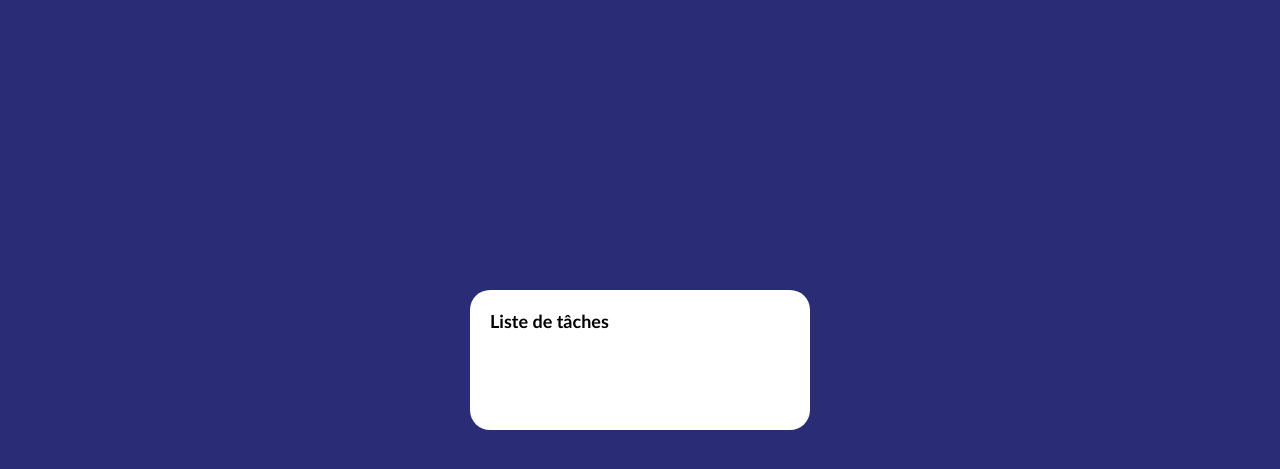
Repository: ndiemenguer/convertisseur
Page: / (app in todo-isep/)
These files come from the project's save history. The page is drawn as it stood at one moment and after the next save; the edit follows.
The browser window is 1280 px wide. The pictures show the whole page.
The project was rebuilt for these pictures with package versions that can differ from the ones it lists, and the page was loaded fresh each time. Also part of the build but not shown: todo-isep/vite.config.js, todo-isep/src/Application.jsx, todo-isep/src/index.css.

Above is the page before, as saved 2023-05-06 12:13:13.

### todo-isep/src/main.jsx
import React from 'react'
import ReactDOM from 'react-dom/client'
import App from './App.jsx'
import ApplicationDev from './Application.jsx'
import './index.css'


ReactDOM.createRoot(document.getElementById('root')).render(
  <React.StrictMode>
    <App />
  </React.StrictMode>,
)

### todo-isep/src/App.jsx
import "./App.css";

function App() {
  return (
    <>
      <main className="container">
        <div className="title">Liste de tâches</div>
      </main>
    </>
  );
}

export default App;

### todo-isep/src/App.css
body {
  background: #2a2c76;
  display: flex;
  height: 100vh;
  width: 100vw;
  margin: 0;
  justify-content: center;
  align-items: center;
  font-family: calibri;
}

.container {
  background: white;
  width: 300px;
  min-height: 100px;
  border-radius: 20px;
  display: flex;
  flex-direction: column;
  gap: 20px;
  padding: 20px;
}

.container .title {
  font-size: 18px;
  font-weight: 600;
}

Loaded but not shown: todo-isep/index.html (common file)

After the next save:
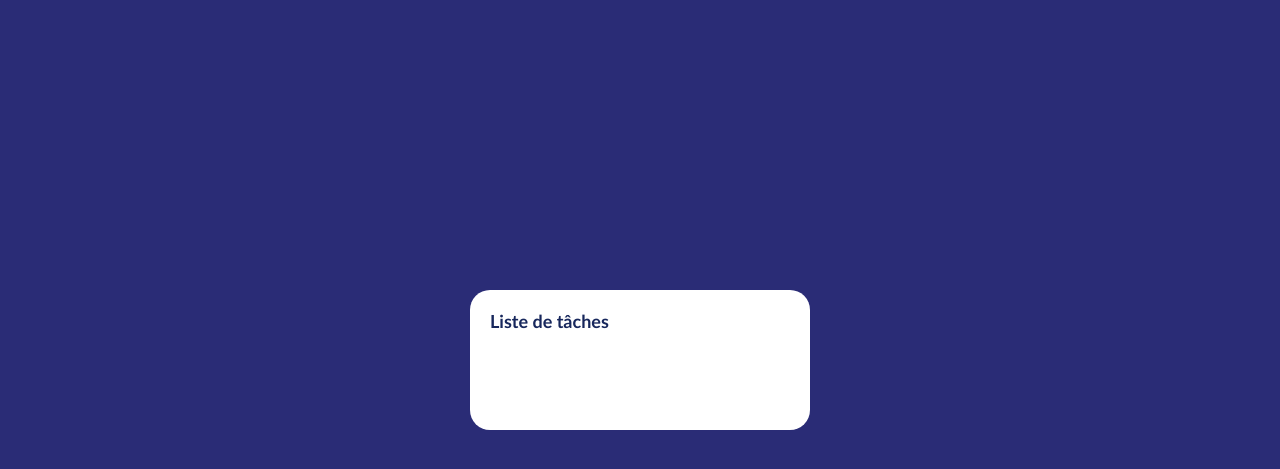
Saved 13 s later.
--- a/todo-isep/src/App.css
+++ b/todo-isep/src/App.css
@@ -23,4 +23,5 @@ body {
 .container .title {
   font-size: 18px;
   font-weight: 600;
+  color: #17275c;
 }
